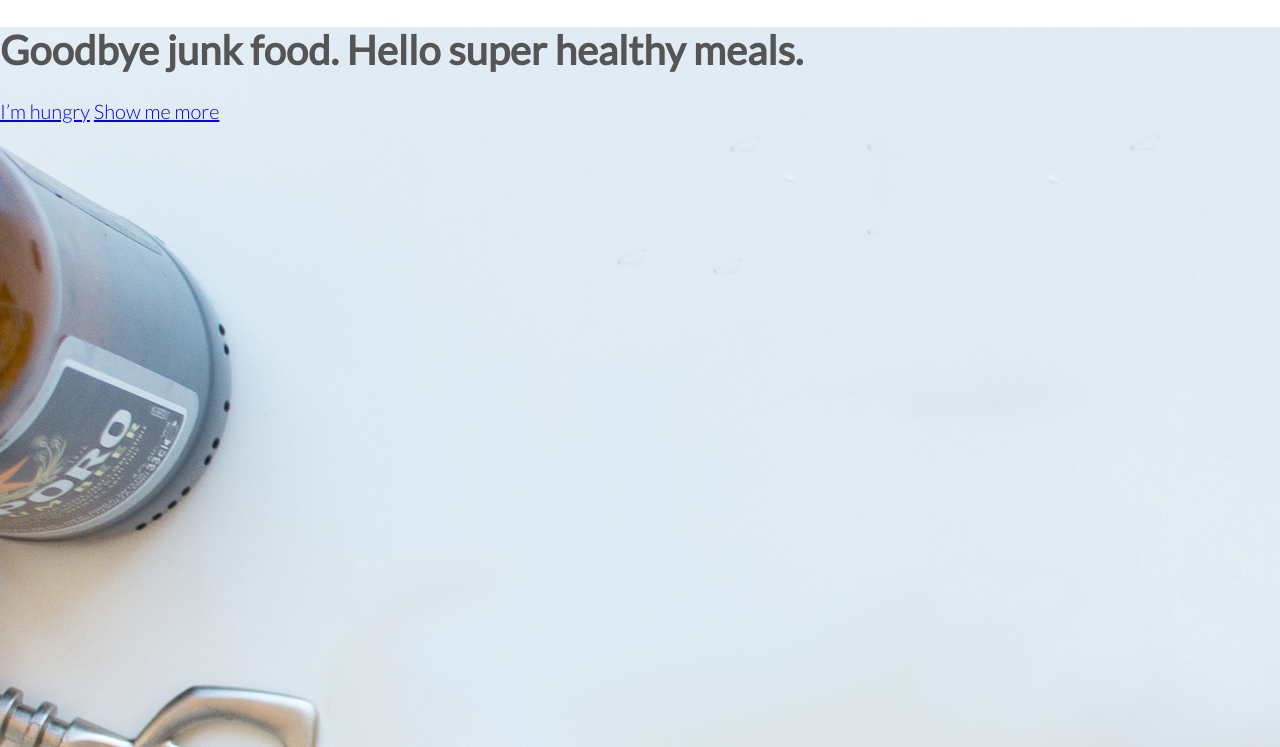
Repository: MalgorzataMazur/Omnifood
Page: index.html
An editor plug-in stored every save of this project. The page is shown before and after the next save, followed by the edit.
The browser window is 1280 px wide. The pictures show the whole page.

Above is the page before, as saved 2019-10-23 20:15:43.

### index.html
<!DOCTYPE html>
<html lang="en">
    <head>
        <link rel="stylesheet" href="vendors/css/normalize.css">
        <link rel="stylesheet" href="vendors/css/grid.css">
        <link rel="stylesheet" href="resources/css/style.css">
        <link href="https://fonts.googleapis.com/css?family=Lato:100,300,300i,400&display=swap" rel="stylesheet">
        <meta charset="UTF-8">
        <meta name="viewport" content="width=device-width, initial-scale=1.0">
        <meta http-equiv="X-UA-Compatible" content="ie=edge">
        <title>Omnifood</title>
    </head>
    <body>
        <header> <!-- like container to put some conetent nav, footer, main element for the main cinetent etc-->
            <div class="hero-text-box">
                <h1>Goodbye junk food. Hello super healthy meals.</h1>
                <a href="#">I’m hungry</a>
                <a href="#">Show me more</a>



            </div>
        </header>


    </body>
</html>

### resources/css/style.css
* {
    margin: 0%;
    padding: 0%;
    box-sizing: border-box;
}

html {
    background-color: #fff;
    color: #555;
    font-family: 'Lato';'Arial', sans-serif;
    font-weight: 300;
    font-size: 20px;
    text-rendering: optimizeLegibility;
}

.row {
    max-width: 1140px;
    margin: 0 auto;
}

header {
    background-image: url(img/hero.jpg);
    height: 100vh;

}

Loaded but not shown: vendors/css/normalize.css (library); vendors/css/grid.css (library)

After the next save:
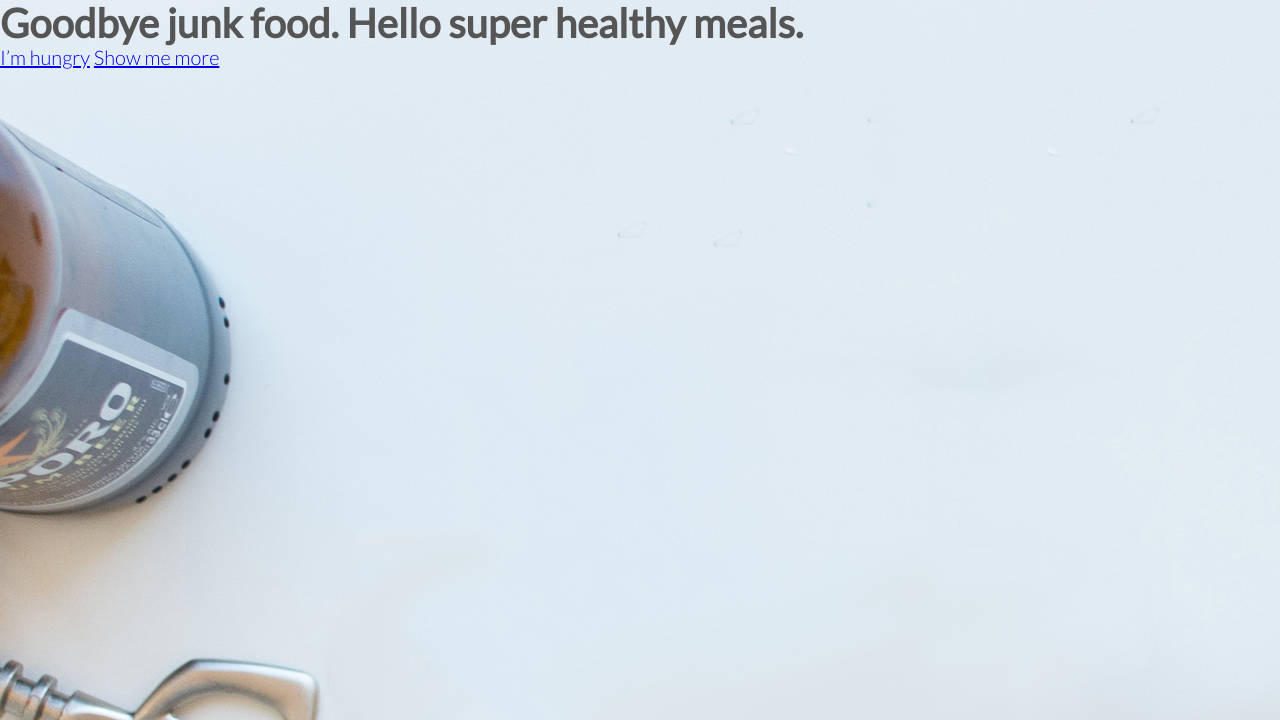
Saved 74 s later.
--- a/resources/css/style.css
+++ b/resources/css/style.css
@@ -23,3 +23,7 @@ header {
     height: 100vh;
 
 }
+
+h1 {
+    margin: 0;
+}
